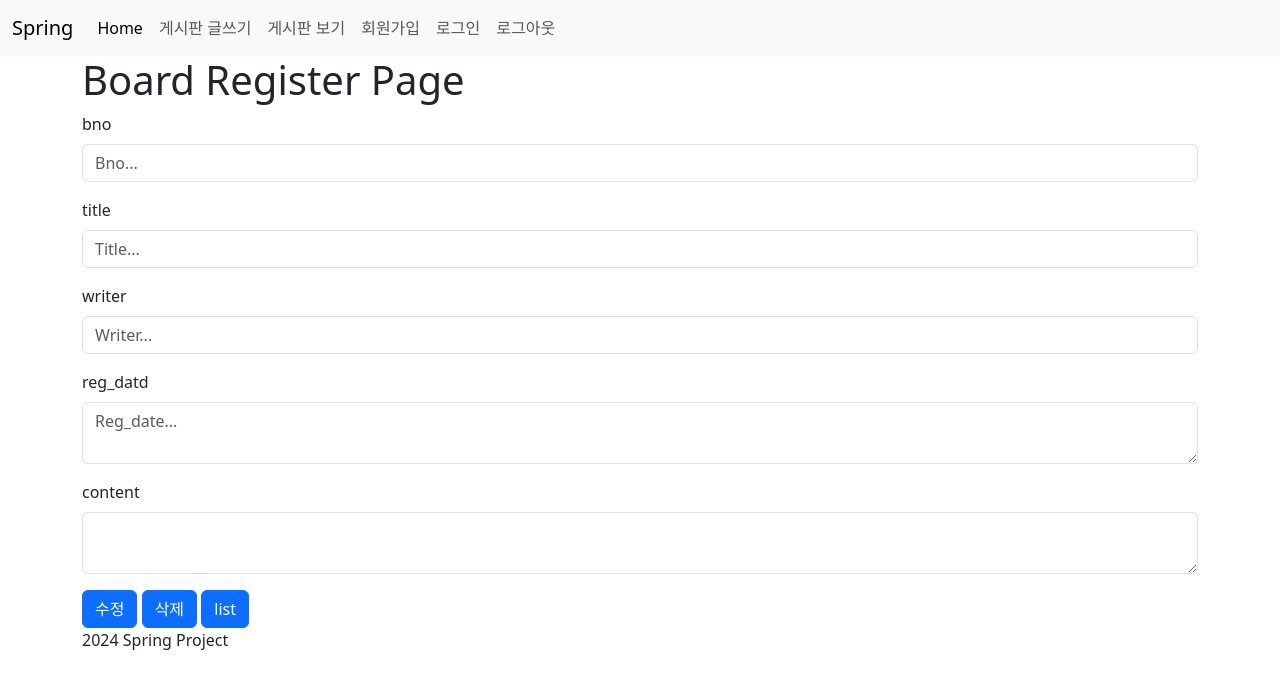
Repository: havanara/240423_SPRING_Project
Page: http://localhost/spring_study/WEB-INF/views/board/modify.jsp
These files come from the project's save history. The page is drawn as it stood at one moment and after the next save; the edit follows.
The browser window is 1280 px wide. The pictures show the whole page.
The page is served by Tomcat 9. Nobody is signed in. The template is opened directly, without the code that normally fills it, so the values that code supplies are empty.

Above is the page before, as saved 2024-04-24 05:48:41.

After the next save:
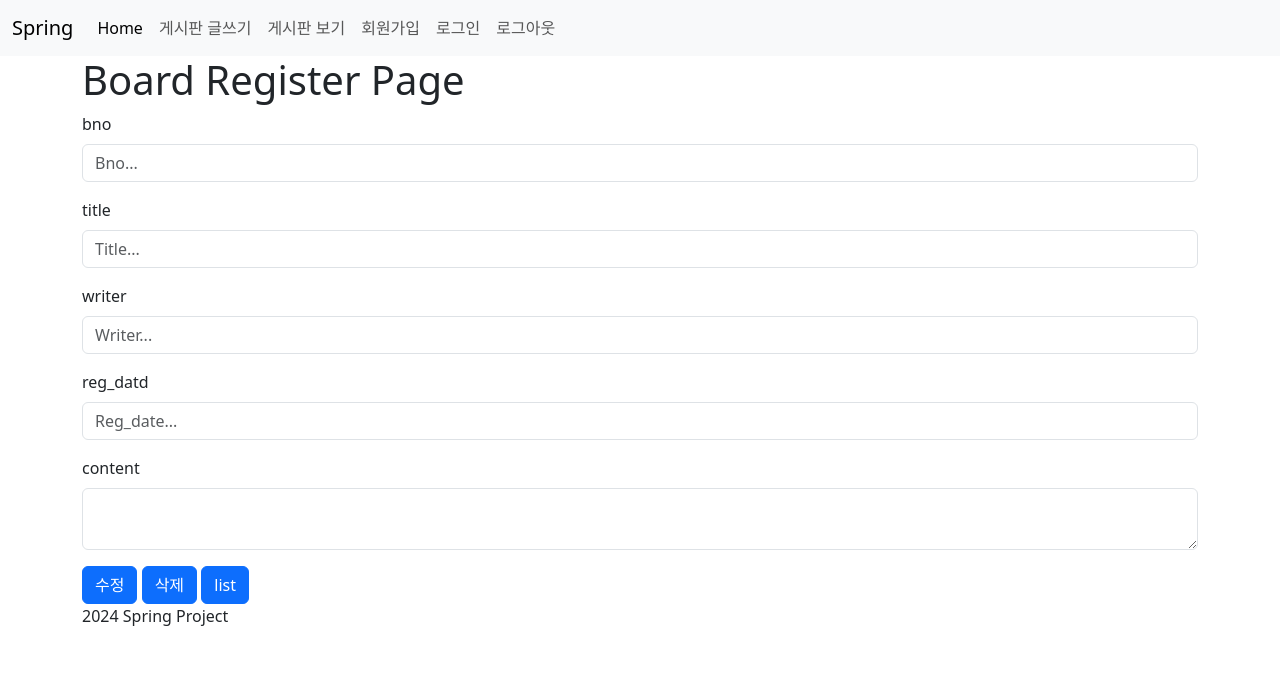
Saved 32 s later.
--- a/spring_study/src/main/webapp/WEB-INF/views/board/modify.jsp
+++ b/spring_study/src/main/webapp/WEB-INF/views/board/modify.jsp
@@ -19,7 +19,7 @@
 	</div>
 	<div class="mb-3">
 	  <label for="r" class="form-label">reg_datd</label>
-	  <textarea class="form-control" name="reg_date" id="r" placeholder="Reg_date..."></textarea>
+	  <input type="text" class="form-control" name="reg_date" id="r" placeholder="Reg_date...">
 	</div>
 	<div class="mb-3">
 	  <label for="c" class="form-label">content</label>
